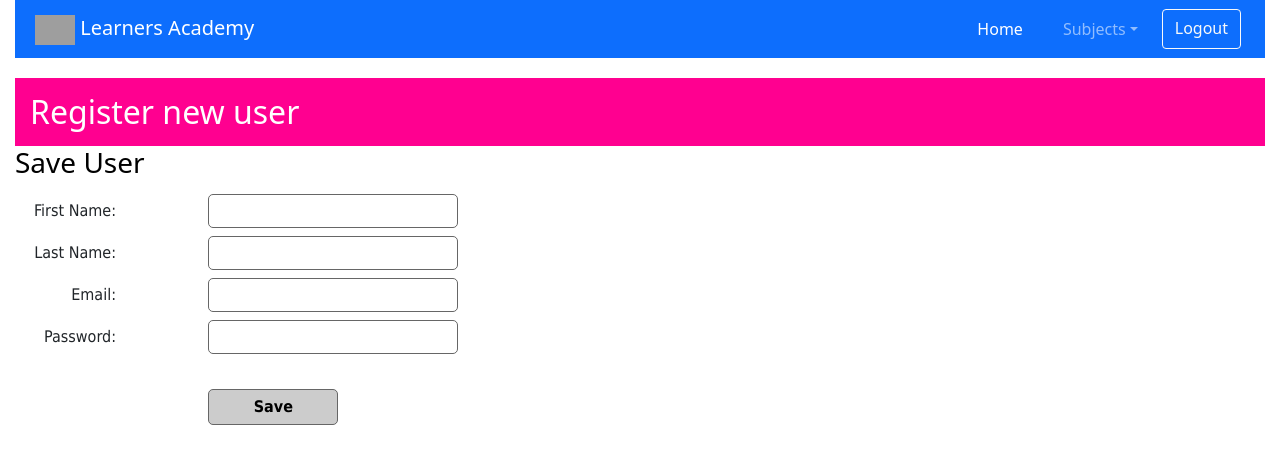
Repository: anuragkr41/FSDPhase3
Page: http://localhost/sporty-shoes/WEB-INF/view/registration-form.jsp
An editor plug-in stored every save of this project. The page is shown before and after the next save, followed by the edit.
The browser window is 1280 px wide. The pictures show the whole page.
Pictures or frames that could not be fetched are drawn as grey boxes. The page is served by Tomcat 9. Nobody is signed in. The template is opened directly, without the code that normally fills it, so the values that code supplies are empty.

Above is the page before, as saved 2021-07-25 20:12:18.

After the next save:
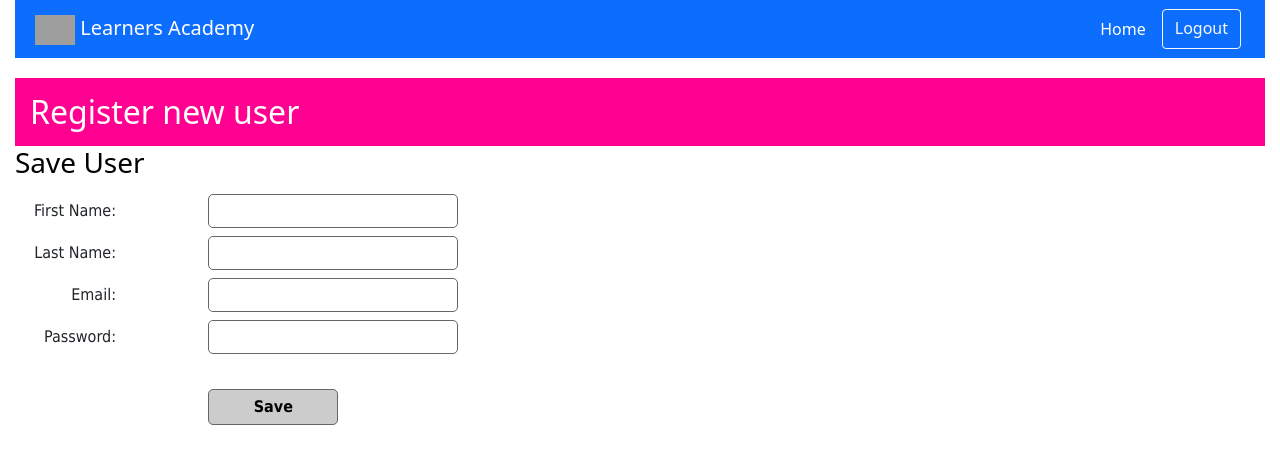
Saved 12 s later.
--- a/sporty-shoes/WebContent/WEB-INF/view/customer-menu.jsp
+++ b/sporty-shoes/WebContent/WEB-INF/view/customer-menu.jsp
@@ -19,16 +19,6 @@
             </li>
 
 
-
-            <li class="nav-item dropdown mx-3">
-              <a class="nav-link dropdown-toggle" href="subjects.jsp" id="dropdown03" data-bs-toggle="dropdown"
-                aria-expanded="false">Subjects</a>
-              <ul class="dropdown-menu" aria-labelledby="dropdown03">
-                <li><a class="dropdown-item" href="#">View subjects</a></li>
-                <li><a class="dropdown-item" href="#">Add new Subject</a></li>
-                <li><a class="dropdown-item" href="#">Remove Subject</a></li>
-              </ul>
-            </li>
             <a href = "<%=request.getContextPath()%>/logout" class="btn btn-outline-light me-2">Logout</a>
           </ul>
 
